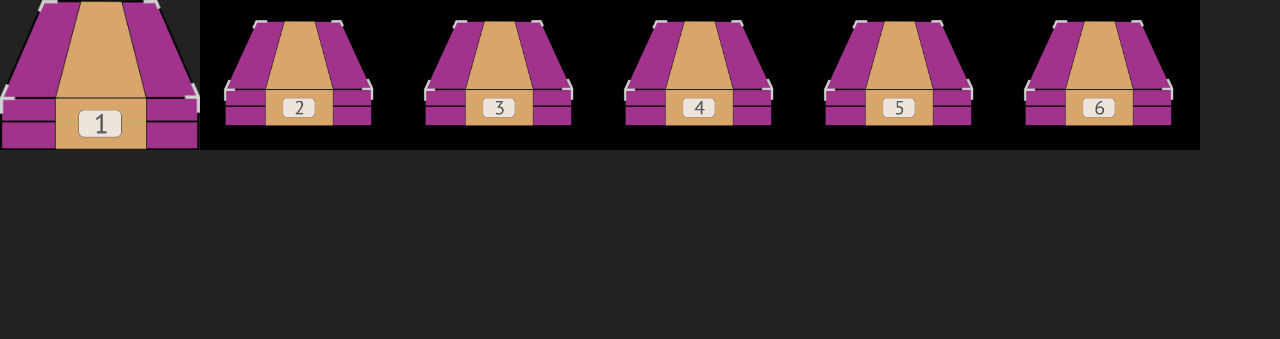
Repository: elnacp/Deal_or_no_deal
Page: DealOrNoDeal/index.html
The author's editor kept a copy of each file at every save. The page is drawn from the files as they stood at one save, then again after the next save.
The browser window is 1280 px wide. The pictures show the whole page.
Some web libraries are served in a nearby version.

Above is the page before, as saved 2017-11-25 21:42:15.

### DealOrNoDeal/index.html
<!DOCTYPE html>
<html>
<head>
    <meta charset="utf-8" />
    <meta name="viewport" content="width=device-width, initial-scale=1.0, maximum-scale=1.0">
    <meta name="description" content="Tizen TV basic template generated by Samsung TV Web IDE"/>

    <title>Tizen TV Web IDE - Tizen TV - Tizen TV basic Application</title>

	<!-- jQuery library -->
	<script src="https://ajax.googleapis.com/ajax/libs/jquery/3.1.1/jquery.min.js"></script>

    <link rel="stylesheet" type="text/css" href="css/style.css"/>
    <script src="js/main.js"></script>
</head>

<body>
	<div id="panell-esquerra" />
		<input type="image"  id ="image" src="./img/1.png"  "/>
		<input type="image"  id ="image" src="./img/2.png"  "/>
		<input type="image"  id ="image" src="./img/3.png"  "/>
		<input type="image"  id ="image" src="./img/4.png"  "/>
		<input type="image"  id ="image" src="./img/5.png"  "/>
		<input type="image"  id ="image" src="./img/6.png"  "/>
	</div>

</body>

</html>

### DealOrNoDeal/css/style.css
* {
    font-family: Verdana, Lucida Sans, Arial, Helvetica, sans-serif;
}

body {
    margin: 0px auto;
    background-color:#222;
}

.contents {
	display: flex;
	display: -webkit-flex;
	box-sizing: border-box;
	-webkit-box-sizing: border-box;
	height:320px;
}


.content_text {
	font-weight:bold;
	font-size:5em;
	color:#fff;
}

#image{
	width:200px;
	height:150px;
	float:left;
}

### DealOrNoDeal/js/main.js

window.onload = function () {
    // TODO:: Do your initialization job

    // add eventListener for tizenhwkey
    document.addEventListener('tizenhwkey', function(e) {
        if(e.keyName == "back")
	try {
	    tizen.application.getCurrentApplication().exit();
	} catch (ignore) {
	}
    });



    // Sample code
    /*var textbox = document.querySelector('.contents');
    textbox.addEventListener("click", function(){
    	box = document.querySelector('#textbox');
    	box.innerHTML = box.innerHTML == "Basic" ? "Funciona" : "Basic";
    }); */


};

After the next save:
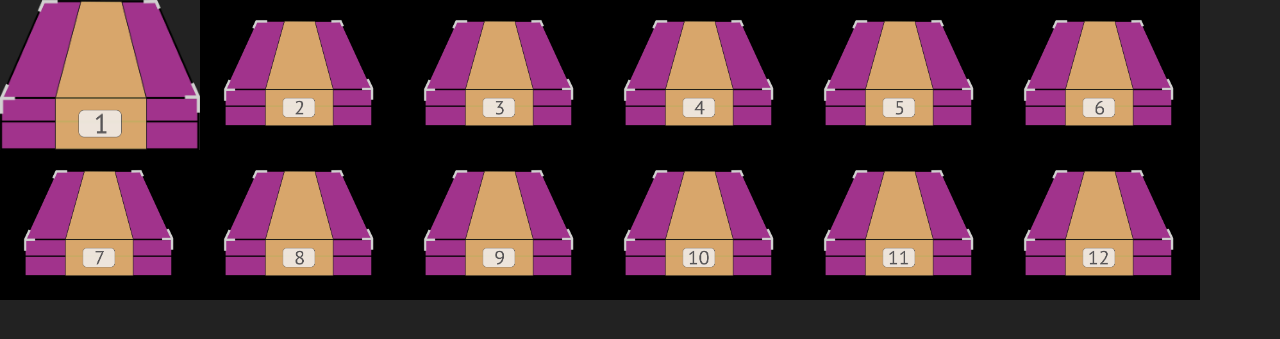
Saved 2 min 0 s later.
--- a/DealOrNoDeal/index.html
+++ b/DealOrNoDeal/index.html
@@ -15,7 +15,10 @@
 </head>
 
 <body>
-	<div id="panell-esquerra" />
+	<div>
+
+
+	<div/>
 		<input type="image"  id ="image" src="./img/1.png"  "/>
 		<input type="image"  id ="image" src="./img/2.png"  "/>
 		<input type="image"  id ="image" src="./img/3.png"  "/>
@@ -24,6 +27,18 @@
 		<input type="image"  id ="image" src="./img/6.png"  "/>
 	</div>
 
+	<div>
+		<input type="image"  id ="image" src="./img/7.png"  "/>
+		<input type="image"  id ="image" src="./img/8.png"  "/>
+		<input type="image"  id ="image" src="./img/9.png"  "/>
+		<input type="image"  id ="image" src="./img/10.png"  "/>
+		<input type="image"  id ="image" src="./img/11.png"  "/>
+		<input type="image"  id ="image" src="./img/12.png"  "/>
+	</div>
+
+
+	</div>
+
 </body>
 
 </html>
